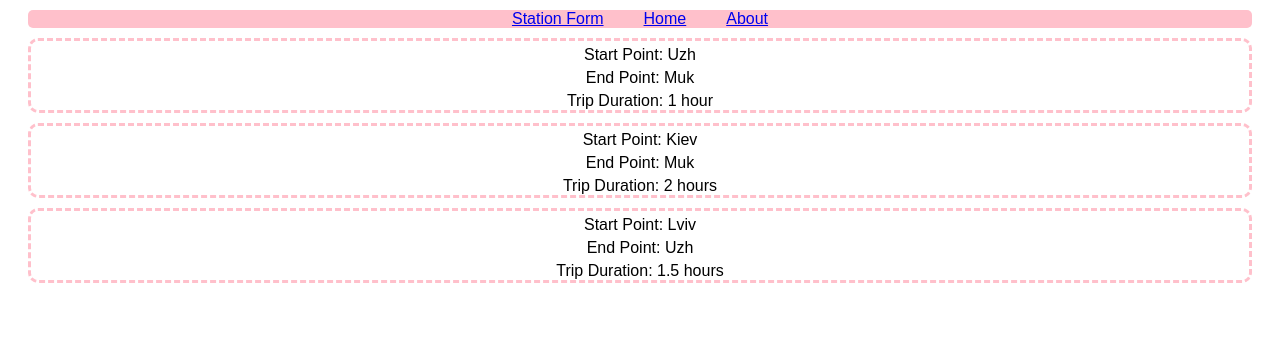
Repository: rutsguifd/mkr2
Page: /#/station-form
The author's editor kept a copy of each file at every save. The page is drawn from the files as they stood at one save, then again after the next save.
The browser window is 1280 px wide. The pictures show the whole page.
The project was rebuilt for these pictures with package versions that can differ from the ones it lists, and the page was loaded fresh each time. Also part of the build but not shown: src/views/Home.vue, src/views/About.vue.

Above is the page before, as saved 2021-12-21 19:58:13.

After the next save:
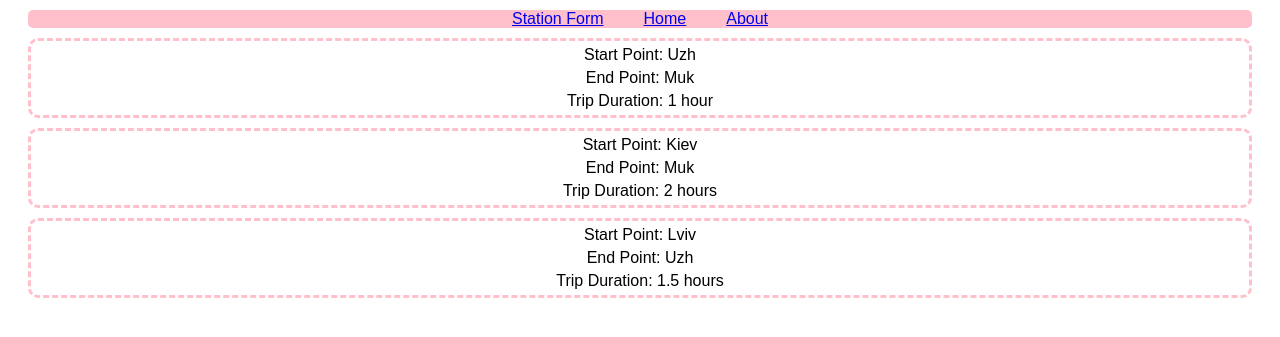
Saved 12 s later.
--- a/src/components/TripCard.vue
+++ b/src/components/TripCard.vue
@@ -20,7 +20,7 @@
     border: 3px dashed pink;
     border-radius: 10px;
     div{
-        margin-top: 5px;
+        margin: 5px 0px;
     }
 }
 </style>
